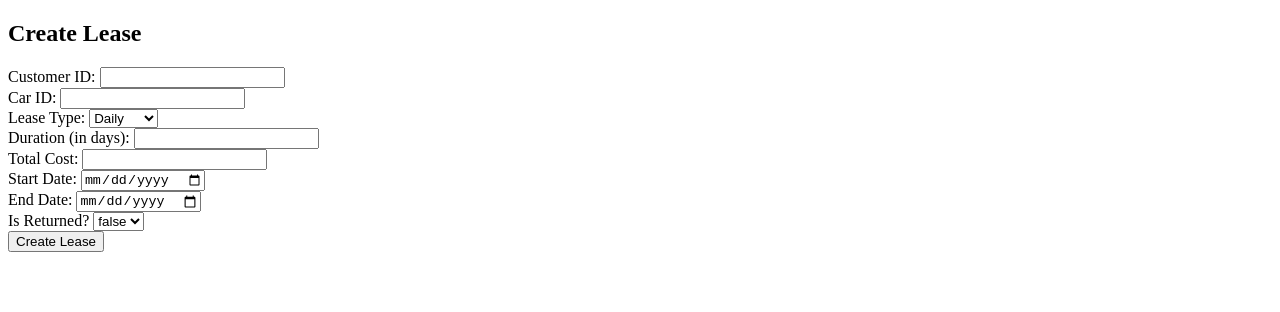
Repository: NirmalyaSatapathy/NirmalyaSatapathyProjects
Page: CarRental/CarRental/src/main/webapp/createLease.html
The author's editor kept a copy of each file at every save. The page is drawn from the files as they stood at one save, then again after the next save.
The browser window is 1280 px wide. The pictures show the whole page.

Above is the page before, as saved 2025-05-04 13:02:08.

After the next save:
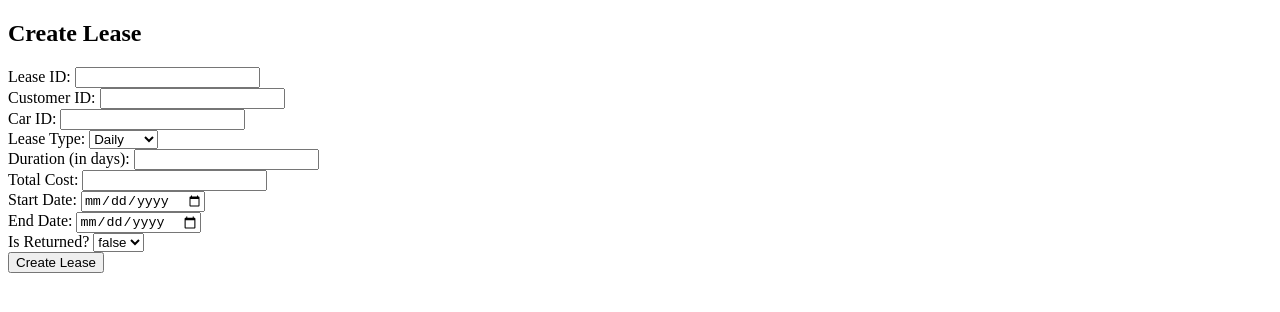
Saved 113 s later.
--- a/CarRental/CarRental/src/main/webapp/createLease.html
+++ b/CarRental/CarRental/src/main/webapp/createLease.html
@@ -7,6 +7,8 @@
 <body>
 	<h2>Create Lease</h2>
     <form action="CreateLease" method="post">
+     <label for="leaseId">Lease ID:</label>
+        <input type="number" id="leaseId" name="leaseId" required><br>
         <label for="customerId">Customer ID:</label>
         <input type="number" id="customerId" name="customerId" required><br>
 
